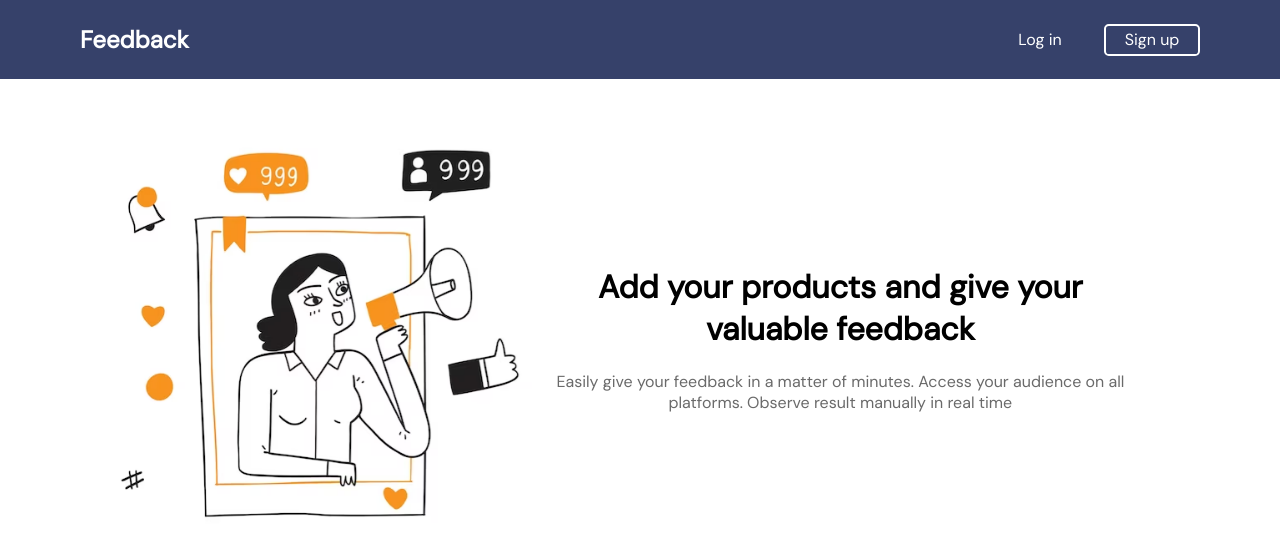
Repository: drumsmanku/final-evaluation-test
Page: / (app in client/)
These files come from the project's save history. The page is drawn as it stood at one moment and after the next save; the edit follows.
The browser window is 1280 px wide. The pictures show the whole page.
The project was rebuilt for these pictures with package versions that can differ from the ones it lists, and the page was loaded fresh each time.

Above is the page before, as saved 2023-07-27 22:06:17.

### client/src/App.js
import './App.css';
import { BrowserRouter as Router, Route, Routes} from 'react-router-dom';
import MainPage from './Components/MainPage';
function App() {
  return (
    <div className="App">
      <Router>
        <Routes>
          <Route path='/' element={<MainPage/>}/>


        </Routes>
      </Router>
    </div>
  );
}

export default App;

### client/src/Components/MainPage.js
import React, {useState, useEffect} from 'react';
import '../CSS/MainPage.css';
import profile from'../Assets/profilepic.webp';
import img1 from '../Assets/frontphoto.png'

function MainPage() {
  const [isLoggedIn, setIsLoggedIn]=useState(false);
  useEffect(()=>{
    const User=localStorage.getItem('user');
    if(User){
      setIsLoggedIn(true);
    }

  });
  const handleLogout=()=>{
    localStorage.removeItem('user');
    setIsLoggedIn(false);
  }


  return (
    <div className='main-container'>
      <div className="main-top-container">
        <div className='navbar' >
          <div style={{display:'flex',width:'100%', justifyContent:' space-between', alignItems:'center',}}>
          <h3 style={{marginLeft:'5rem', color:'white', fontSize:'1.5rem'}}>Feedback</h3>
          <div style={{display:'flex', marginRight:'5rem'}}>
              {isLoggedIn ? (
                <>
                  <button style={{background:'none', fontSize:'large', border:'none', fontFamily:'DM Sans', color:'white'}} onClick={handleLogout}>Logout</button>
                  <span style={{color:'white', fontFamily:'DM Sans', fontSize:'large', display:'flex', alignItems:'center', marginLeft:'1rem'}}>Hello!</span>
                  <img src={profile} alt="" height={50} width={50} style={{borderRadius:'100%', marginLeft:'1rem'}} />
                </>
              ) : (
                <>
                  <button className='btn-main-page-login' type='submit'  >Log in</button>
                  <button type='submit'  className='btn-main-page-register' >Sign up</button>
                </>
              )}
            </div>
          </div>
        </div>
        <div className="title-desc">
          <img src={img1} alt="" height={500} style={{marginLeft:'4rem'}}/>
          <div style={{display:'flex', flexDirection:'column', }}>
              <h1 style={{maxWidth:'80%'}}> Add your products and give your valuable feedback</h1>
              <span style={{maxWidth:'80%', color:'#6A6A6A'}}>Easily give your feedback in a matter of minutes. Access your audience on all platforms. Observe result manually in real time</span>
          </div>
        </div>
      </div>
      <div className="main-bottom-container"></div>
    </div>
  )
}

export default MainPage

### client/src/CSS/MainPage.css
@import url('https://fonts.googleapis.com/css2?family=DM+Sans&display=swap');

body{
  font-family: 'DM Sans';
}
.main-container{
  height: 100vh;
  width: 100vw;
  display: flex;
  flex-direction: column;

}
.main-top-container{
  width: 100%;
}
.btn-main-page-login{
  height: 2rem;
  width: 6rem;
  font-weight: 500;
  font-size: medium ;
  background: none;
  border: none;
  border-radius: 0.3rem;
  margin-left: 1rem;
  margin-bottom:0;
  color: white;
  font-family: 'DM Sans';
  cursor: pointer;
}
.btn-main-page-register{
  height: 2rem;
  width: 6rem;
  font-size: medium;
  font-weight: 500;
  background-color: #36416A;
  border: 2px solid white;
  border-radius: 0.3rem;
  margin-left: 1rem;
  margin-bottom:0;
  color: white;
  font-family: 'DM Sans';
  cursor: pointer;
}
.navbar{
  width: 100%;
  background-color: #36416A;
}
.title-desc{
  width: 100%;
  display: flex;
  align-items: center;
  justify-content: space-around;

}

Loaded but not shown: client/public/index.html (common file); client/src/index.js (common file); client/src/index.css (common file); client/src/App.css (common file)

After the next save:
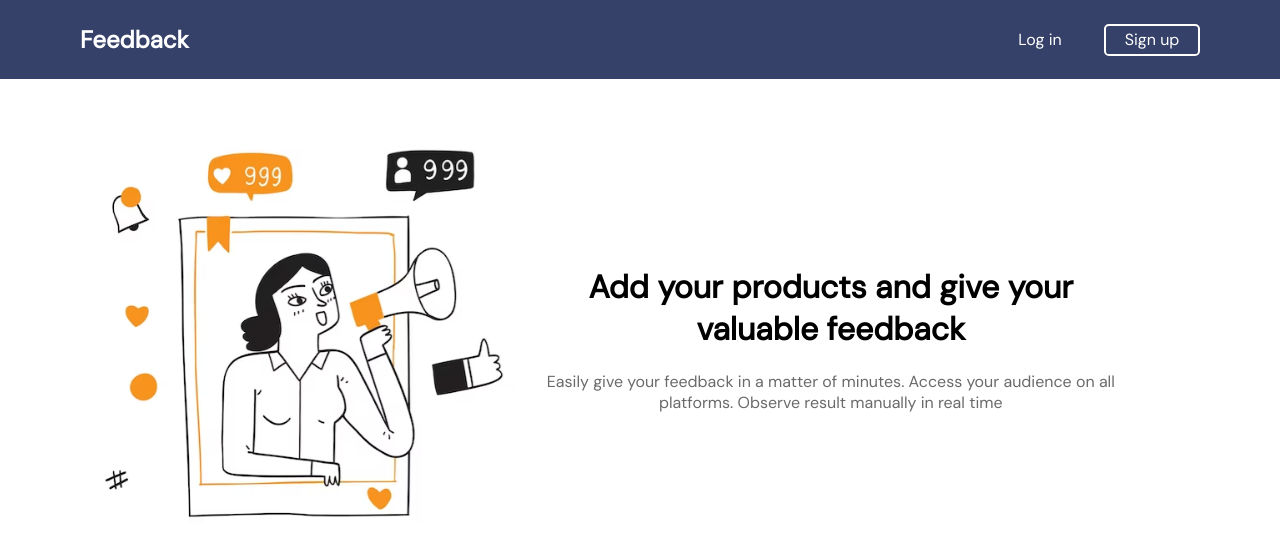
Saved 13 s later.
--- a/client/src/Components/MainPage.js
+++ b/client/src/Components/MainPage.js
@@ -41,7 +41,7 @@ function MainPage() {
           </div>
         </div>
         <div className="title-desc">
-          <img src={img1} alt="" height={500} style={{marginLeft:'4rem'}}/>
+          <img src={img1} alt="" height={500} style={{marginLeft:'3rem'}}/>
           <div style={{display:'flex', flexDirection:'column', }}>
               <h1 style={{maxWidth:'80%'}}> Add your products and give your valuable feedback</h1>
               <span style={{maxWidth:'80%', color:'#6A6A6A'}}>Easily give your feedback in a matter of minutes. Access your audience on all platforms. Observe result manually in real time</span>
